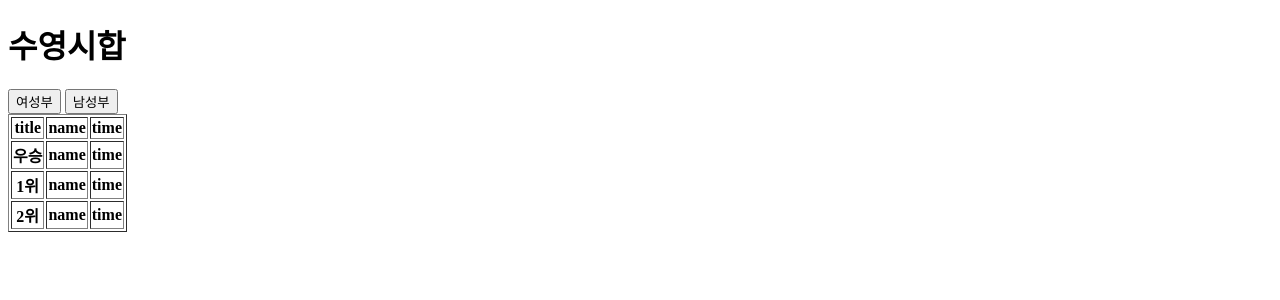
Repository: jeongho97/JQuery
Page: JQuery기본2/WebContent/JQuery_table데이터추가.html
An editor plug-in stored every save of this project. The page is shown before and after the next save, followed by the edit.
The browser window is 1280 px wide. The pictures show the whole page.

Above is the page before, as saved 2022-05-13 02:39:12.

After the next save:
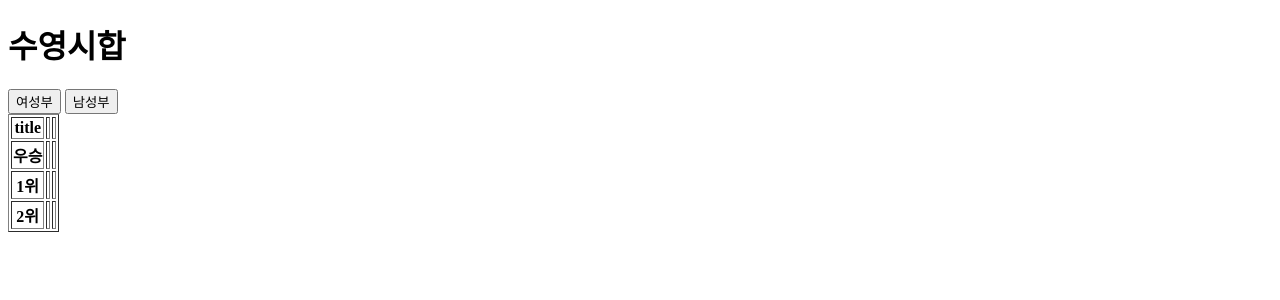
Saved 42 s later.
--- a/JQuery기본2/WebContent/JQuery_table데이터추가.html
+++ b/JQuery기본2/WebContent/JQuery_table데이터추가.html
@@ -15,23 +15,23 @@
 <table border="1">
 <tr>
 	<th>title</th>
-	<th>name</th>
-	<th>time</th>
+	<th></th>
+	<th></th>
 </tr>
 <tr>
 	<th>우승</th>
-	<th>name</th>
-	<th>time</th>
+	<th></th>
+	<th></th>
 </tr>
 <tr>
 	<th>1위</th>
-	<th>name</th>
-	<th>time</th>
+	<th></th>
+	<th></th>
 </tr>
 <tr>
 	<th>2위</th>
-	<th>name</th>
-	<th>time</th>
+	<th></th>
+	<th></th>
 </tr>
 
 
@@ -54,7 +54,7 @@ let man=[
 ];
 
 $(document).ready(function(){
-
+	$("tr:eq")
 })
 
 </script>
